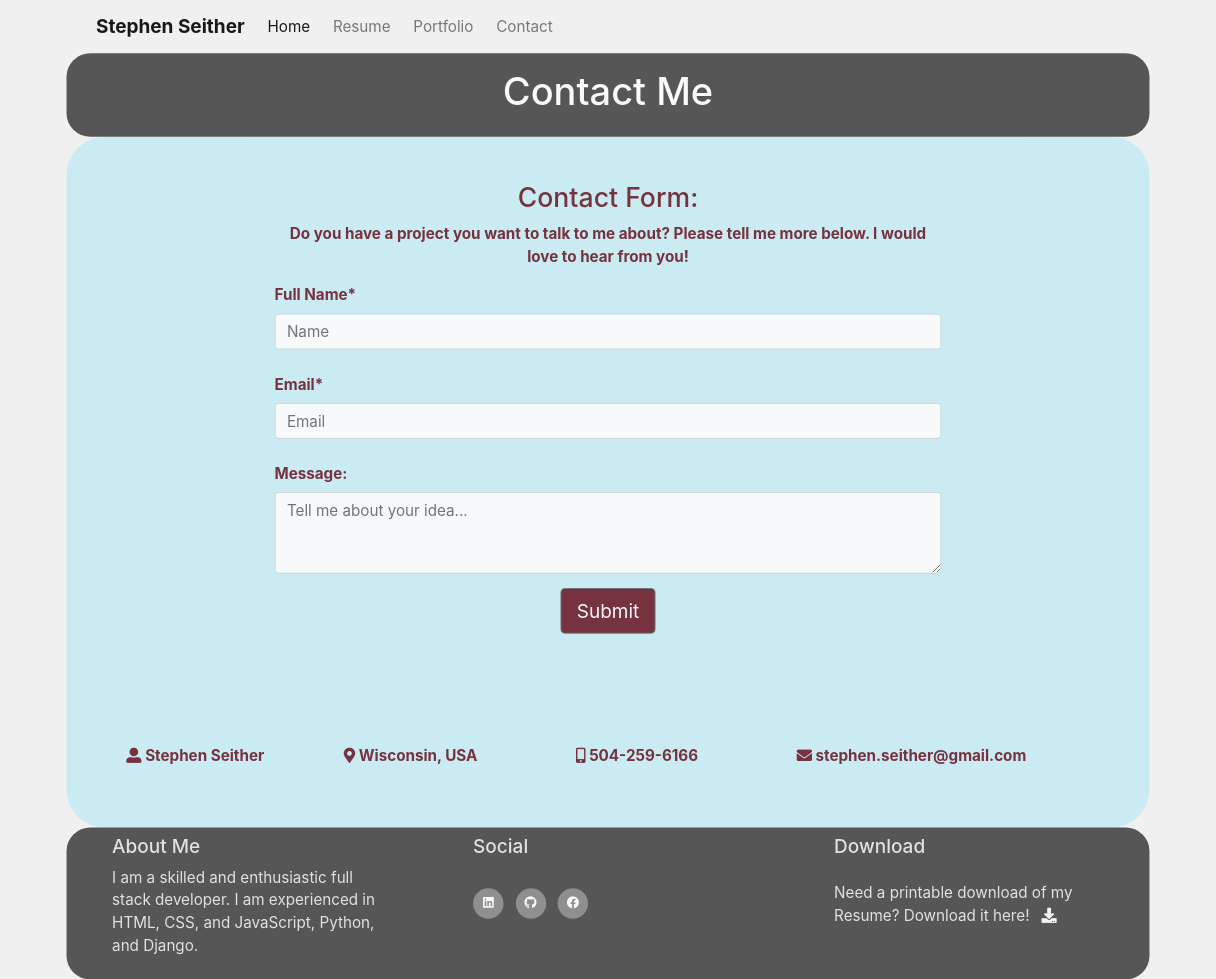
Repository: stephenseither/First-Milestone-Project
Page: contact.html
The author's editor kept a record of every edit. The page is drawn from the files as they stood at one moment, then again after the next edit.
The browser window is 1280 px wide. The pictures show the whole page, at 95% of full size.
Some web libraries are served in a nearby version.

Above is the page before.

After the next edit:
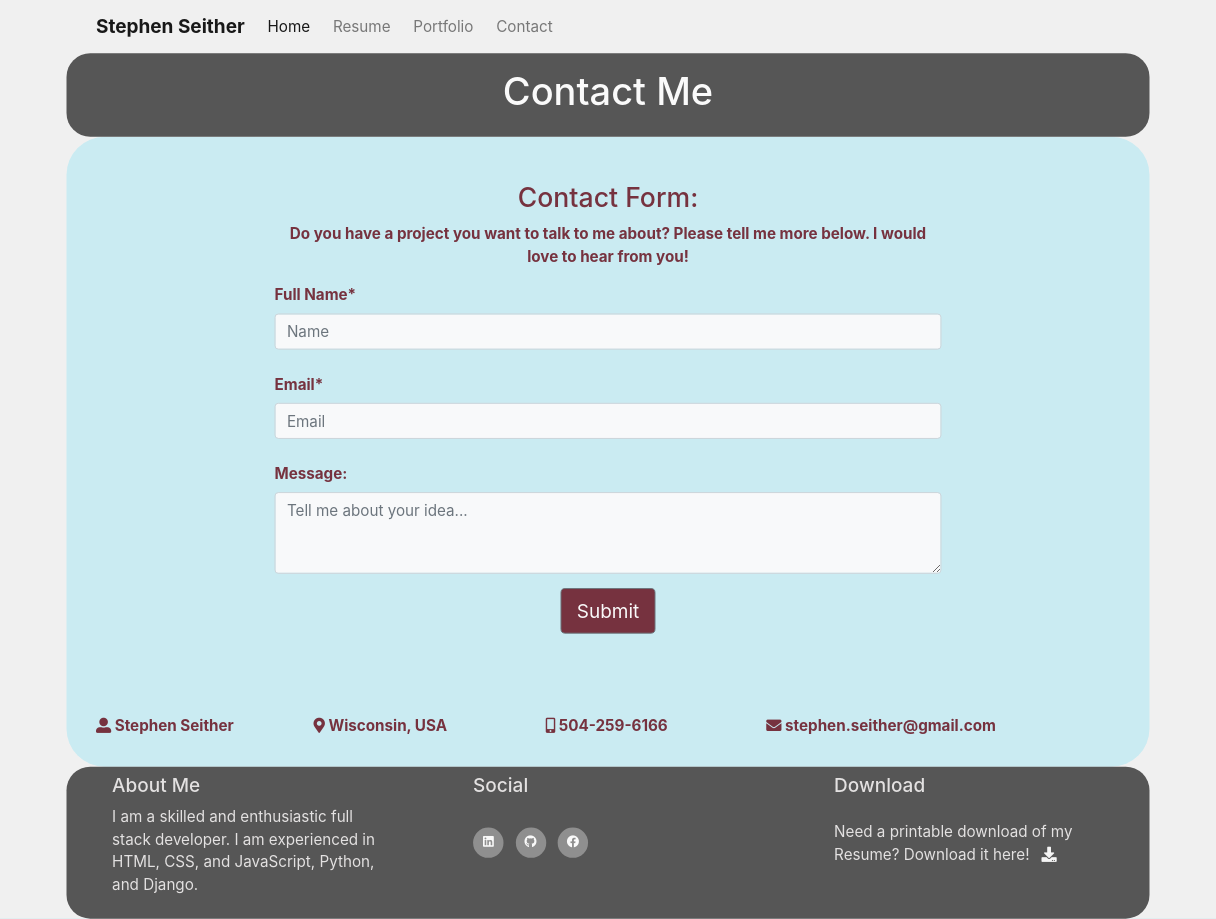
The edit:
--- a/contact.html
+++ b/contact.html
@@ -66,7 +66,7 @@
                 </form>
             </div>
         </div>
-        <div class="col contact-info-2 p-5">
+        <div class="col contact-info-2 p-3">
             <div class="personal-info-item-2 mx-auto">
                 <div class="title-2">
                     <p>
